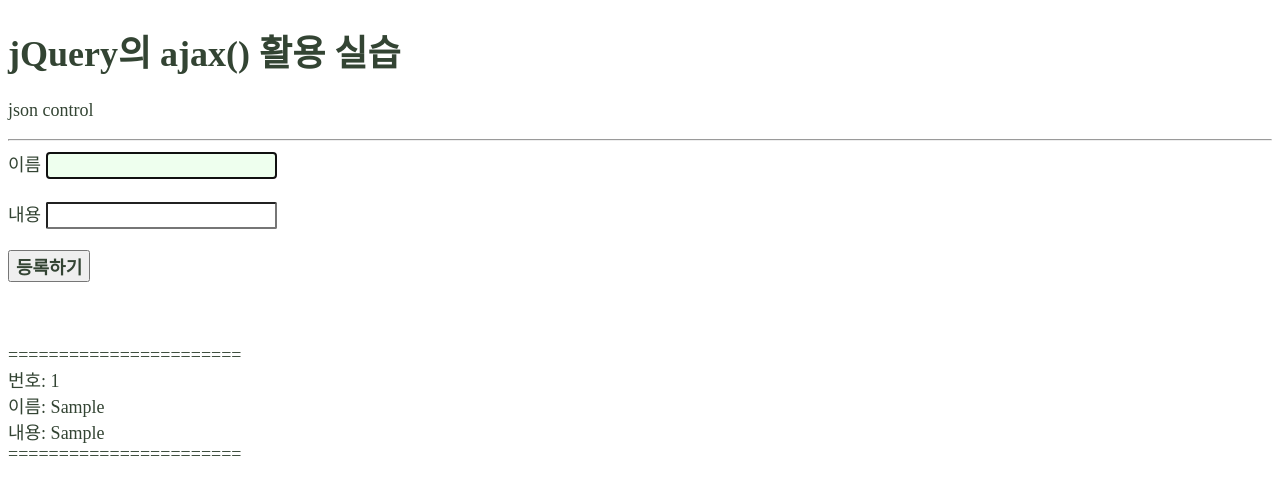
Repository: Jeong43/WebStudy
Page: http://localhost/AjaxJqueryApp05/JsonTest02.jsp
These files come from the project's save history. The page is drawn as it stood at one moment and after the next save; the edit follows.
The browser window is 1280 px wide. The pictures show the whole page.
Empty fields were first filled with sample values (such as "Sample", 5 or name@example.com).
After loading, the first visible `#sendBtn` was clicked once.
The page is served by Tomcat 9.

Above is the page before, as saved 2021-12-09 03:32:28.

### AjaxJqueryApp05/WebContent/JsonTest02.jsp
<%@ page contentType="text/html; charset=UTF-8"%>
<%@ taglib prefix="c" uri="http://java.sun.com/jsp/jstl/core"%>
<%
	request.setCharacterEncoding("UTF-8");
	String cp = request.getContextPath();
%>
<!DOCTYPE html>
<html>
<head>
<meta charset="UTF-8">
<title>JsonTest01.jsp</title>
<link rel="stylesheet" type="text/css" href="<%=cp %>/css/main.css">
<script type="text/javascript" src="http://code.jquery.com/jquery.min.js"></script>
<script type="text/javascript">

	$(function()
	{
		$("#sendBtn").click(function()
		{
			//alert("확인");

			var params = "name=" + $.trim($("#name").val()) + "&content=" + $.trim($("#content").val());

			$.ajax(
			{
				type : "POST"
				, url : "JsonTest01_ok.jsp"
				, data : params
				, dataType : "json"		// check~!!!
				, success : function(jsonObj)
	            {
		               var out = "";

		               var num = jsonObj.num;
		               var name = jsonObj.name;
		               var content = jsonObj.content;

		               out += "<br>=======================";
		               out += "<br>번호: " + num;
		               out += "<br>이름: " + name;
		               out += "<br>내용: " + content;
		               out += "<br>=======================<br>";

		               $("#result").html(out);

		               $("#name").val("");
		               $("#content").val("");
		               $("#name").focus();
	            }
				, beforeSend : showRequest
				, error : function(e)
				{
					alert("에러");
					alert(e.responseText);
				}
			});
		});
	});

	function showRequest()
	{
		var flag = true;

		if(!$("#name").val())
		{
			alert("이름을 입력해야 합니다.");
			$("#name").focus();
			flag = false;
		}

		if(!$("#content").val())
		{
			alert("내용을 입력해야 합니다.");
			$("#content").focus();
			flag = false;
		}

		return flag;
	}

</script>

</head>
<body>

<div>
	<h1>jQuery의 ajax() 활용 실습</h1>
	<p>json control</p>
	<hr />
</div>

<div>
	이름 <input type="text" id="name" class="txt" /><br /><br />
	내용 <input type="text" id="content" class="txt" /><br /><br />

	<input type="button" value="등록하기" id="sendBtn" class="btn"/>
</div>
<br /><br />

<div id="result">
</div>

</body>
</html>

### AjaxJqueryApp05/WebContent/css/main.css
@charset "UTF-8";


body, p, div, span, input, table, th, td, select
{
	font-size: 18px;
	color: #343;
	font-family: 맑은 고딕;
}

.txt
{
	font-weight: blod;
	border-radius: 2px;
}

.txt:focus
{
	background-color: #eeffee;
}

.control
{
	border: 1px solid gray;
	border-radius: 3px;
}

.table
{
	border-collapse: collapse;
	width: 100%;
}


.table th, .table td
{
	border: 1px solid gray;
	border-left: 0px;
	border-right: 0px;
	padding: 3px;
	line-height: 150%
}

.table th
{
	font-weight: bold;
	background-color: #EEE;
}

.btn
{
	font-weight: bold;
}

.btn:hover
{
	color: white;
	background-color: #778877;
}

### AjaxJqueryApp05/WebContent/JsonTest01_ok.jsp
<%@ page contentType="text/html; charset=UTF-8"%>
<%@ taglib prefix="c" uri="http://java.sun.com/jsp/jstl/core"%>
<%
	request.setCharacterEncoding("UTF-8");
	String cp = request.getContextPath();
%>
<%
	// JsonTest01_ok.jsp
	String name = request.getParameter("name");
	String content = request.getParameter("content");

	String result = "";

	// JSON 데이터
	// {"이름1":"값1", "이름2":"값2"}
	// {"num":"1", "name":"name", "content":"content"}
	// {\"num\":\"1\", \"name\":\"name\", \"content\":\"content\"}

	StringBuffer sb = new StringBuffer();

	// 따옴표 구성에 유의할 것~!!!
	sb.append("{\"num\":\"" + 1 + "\"");
	sb.append(", \"name\":\"" + name + "\"");
	sb.append(", \"content\":\"" + content + "\"}");

	result = sb.toString();
	//System.out.println(result);

	out.println(result);
%>

### AjaxJqueryApp05/WebContent/JsonTest02_ok.jsp
<%@ page contentType="text/html; charset=UTF-8"%>
<%@ taglib prefix="c" uri="http://java.sun.com/jsp/jstl/core"%>
<%
	request.setCharacterEncoding("UTF-8");
	String cp = request.getContextPath();
%>
<%
	// JsonTest01_ok.jsp
	String name = request.getParameter("name");
	String content = request.getParameter("content");

	String result = "";

	// JSON 데이터
	// {"이름1":"값1", "이름2":"값2"}
	// {"num":"1", "name":"name", "content":"content"}
	// {\"num\":\"1\", \"name\":\"name\", \"content\":\"content\"}

	StringBuffer sb = new StringBuffer();

	// 따옴표 구성에 유의할 것~!!!
	sb.append("{\"num\":\"" + 1 + "\"");
	sb.append(", \"name\":\"" + name + "\"");
	sb.append(", \"content\":\"" + content + "\"}");

	result = sb.toString();
	//System.out.println(result);

	out.println(result);
%>

After the next save:
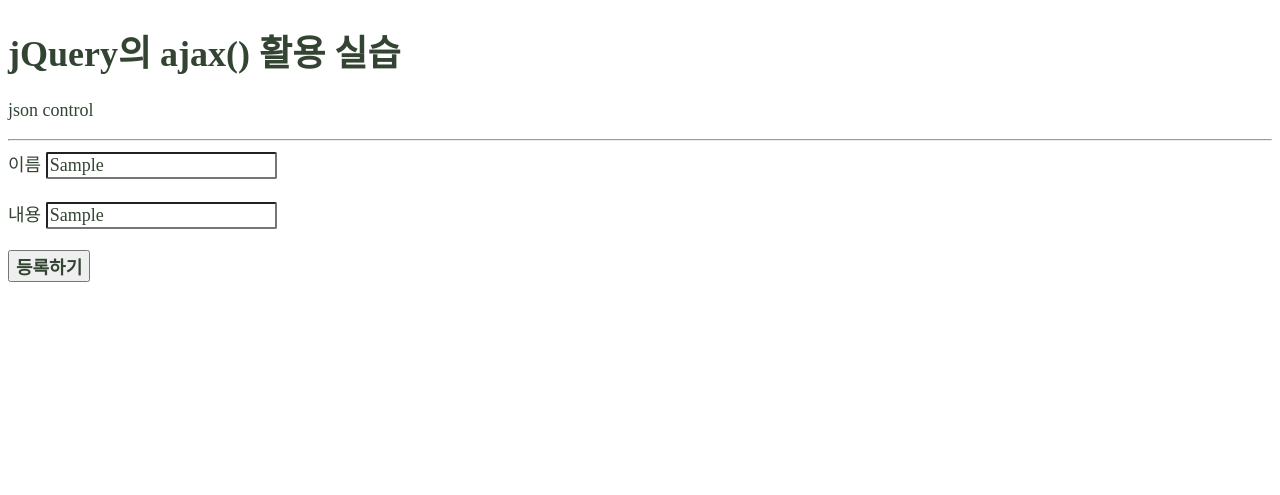
Saved 28 s later.
--- a/AjaxJqueryApp05/WebContent/JsonTest02.jsp
+++ b/AjaxJqueryApp05/WebContent/JsonTest02.jsp
@@ -24,13 +24,13 @@
 			$.ajax(
 			{
 				type : "POST"
-				, url : "JsonTest01_ok.jsp"
+				, url : "JsonTest02_ok.jsp"
 				, data : params
 				, dataType : "json"		// check~!!!
 				, success : function(jsonObj)
 	            {
 		               var out = "";
-
+		               /*
 		               var num = jsonObj.num;
 		               var name = jsonObj.name;
 		               var content = jsonObj.content;
@@ -46,6 +46,10 @@
 		               $("#name").val("");
 		               $("#content").val("");
 		               $("#name").focus();
+		               */
+
+
+
 	            }
 				, beforeSend : showRequest
 				, error : function(e)
